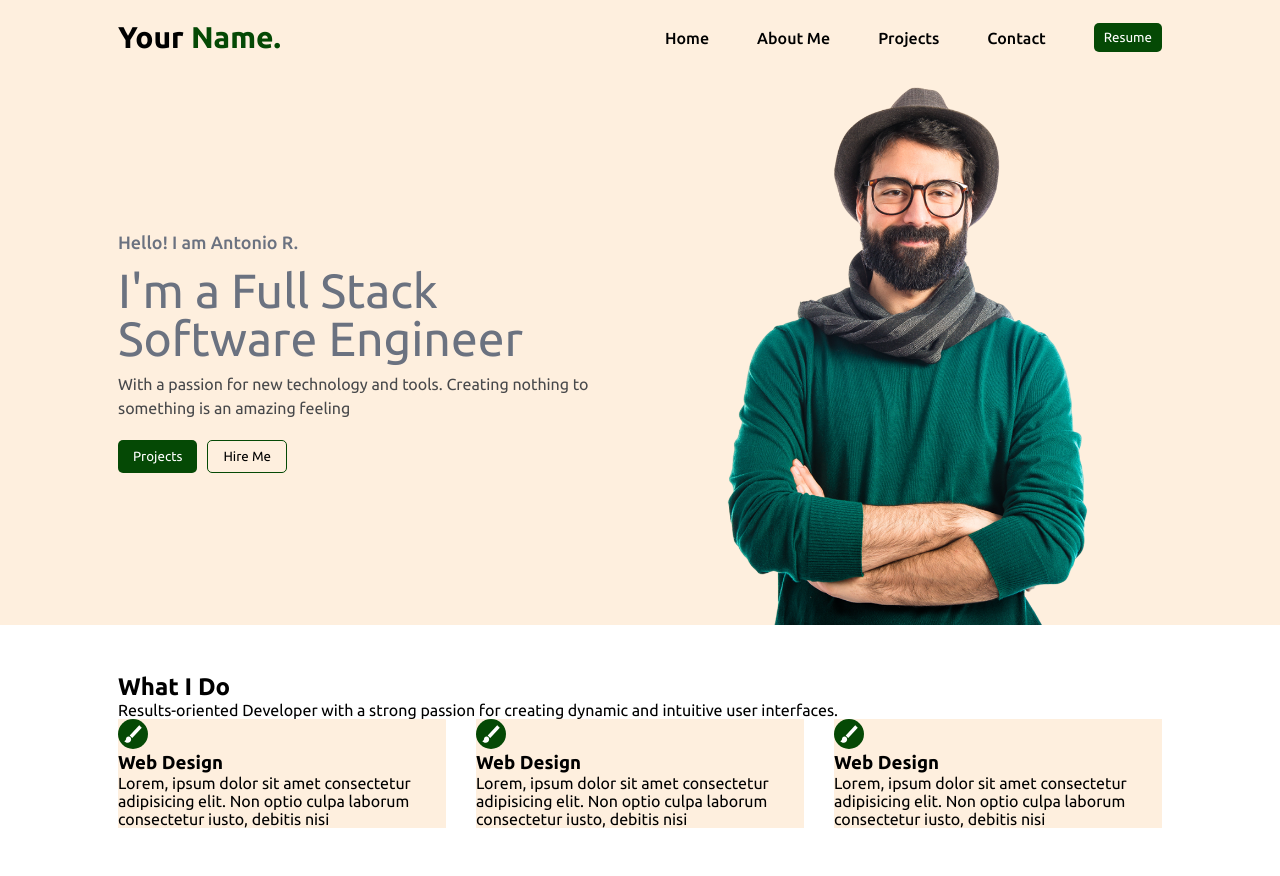
Repository: DevAntonioRogers/vanilla-portfolio
Page: index.html
An editor plug-in stored every save of this project. The page is shown before and after the next save, followed by the edit.
The browser window is 1280 px wide. The pictures show the whole page.

Above is the page before, as saved 2023-07-14 22:51:04.

After the next save:
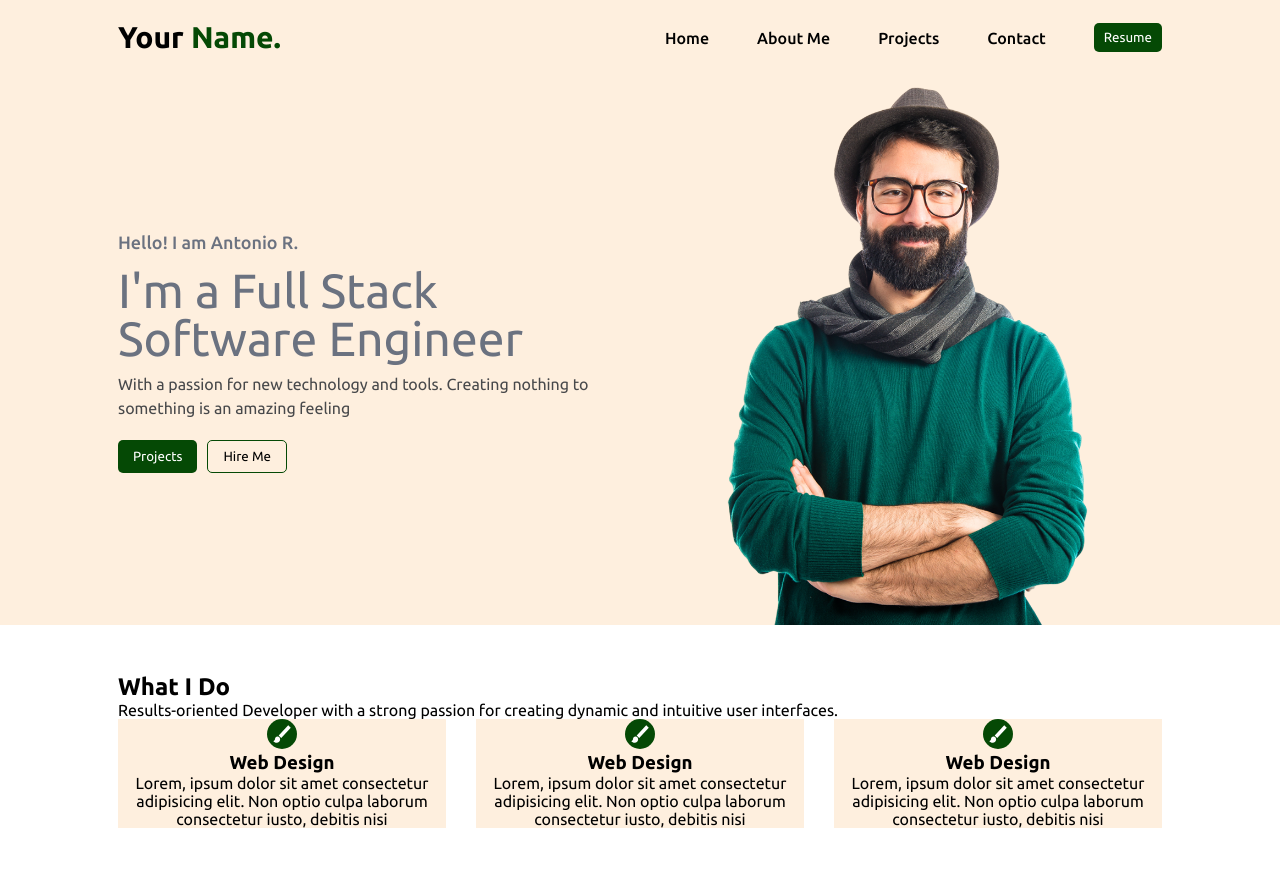
Saved 6 s later.
--- a/style.css
+++ b/style.css
@@ -147,7 +147,7 @@ nav {
   display: grid;
   grid-template-columns: repeat(3, minmax(0, 1fr));
   gap: 30px;
-  align-content: center;
+  text-align: center;
 }
 
 .skill-box {
